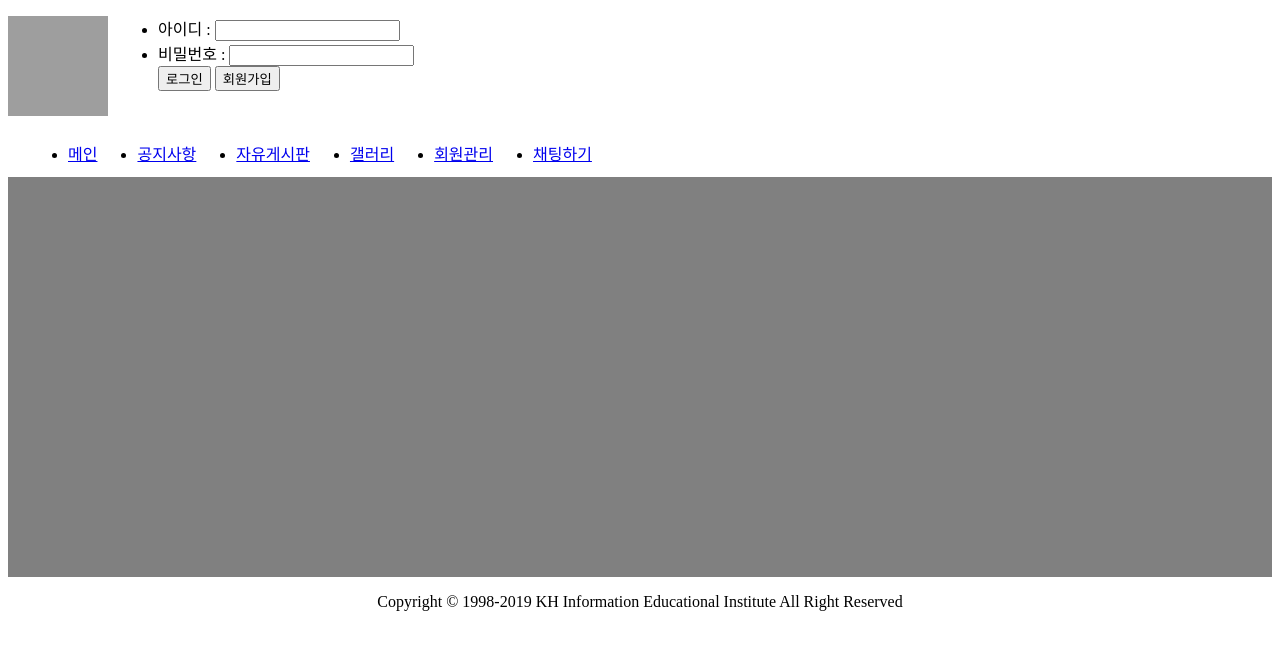
Repository: giwon8701/Qclass_KH
Page: Workspace_Java/testWebProject/WebContent/test2.html
The author's editor kept a copy of each file at every save. The page is drawn from the files as they stood at one save, then again after the next save.
The browser window is 1280 px wide. The pictures show the whole page.
Pictures or frames that could not be fetched are drawn as grey boxes.

Above is the page before, as saved 2021-01-11 03:11:27.

After the next save:
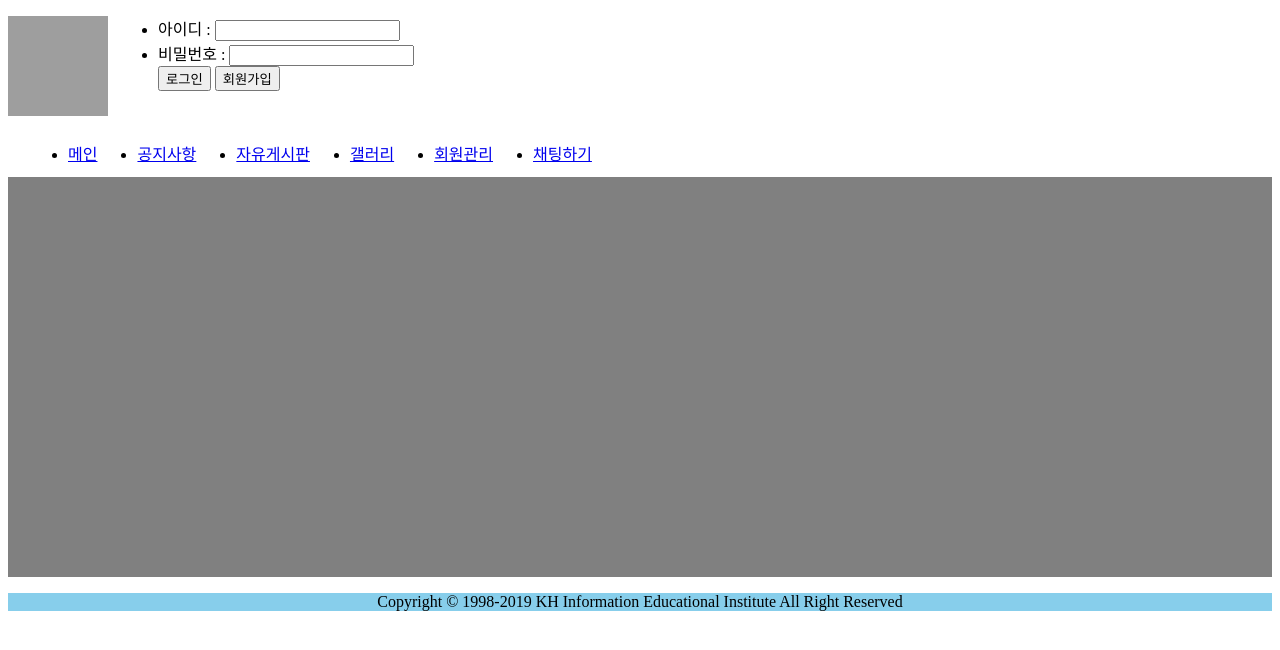
Saved 56 s later.
--- a/Workspace_Java/testWebProject/WebContent/test2.html
+++ b/Workspace_Java/testWebProject/WebContent/test2.html
@@ -60,7 +60,9 @@ background: gray;
 	</section>
 
 	<footer >
-		<p class="footer" style="text-align:center;">Copyright © 1998-2019 KH Information Educational Institute All Right Reserved</p>
+		<p class="footer" style="text-align:center; background:skyblue;">
+		Copyright © 1998-2019 KH Information Educational Institute All Right Reserved
+		</p>
 	</footer>
 </body>
 </html>
